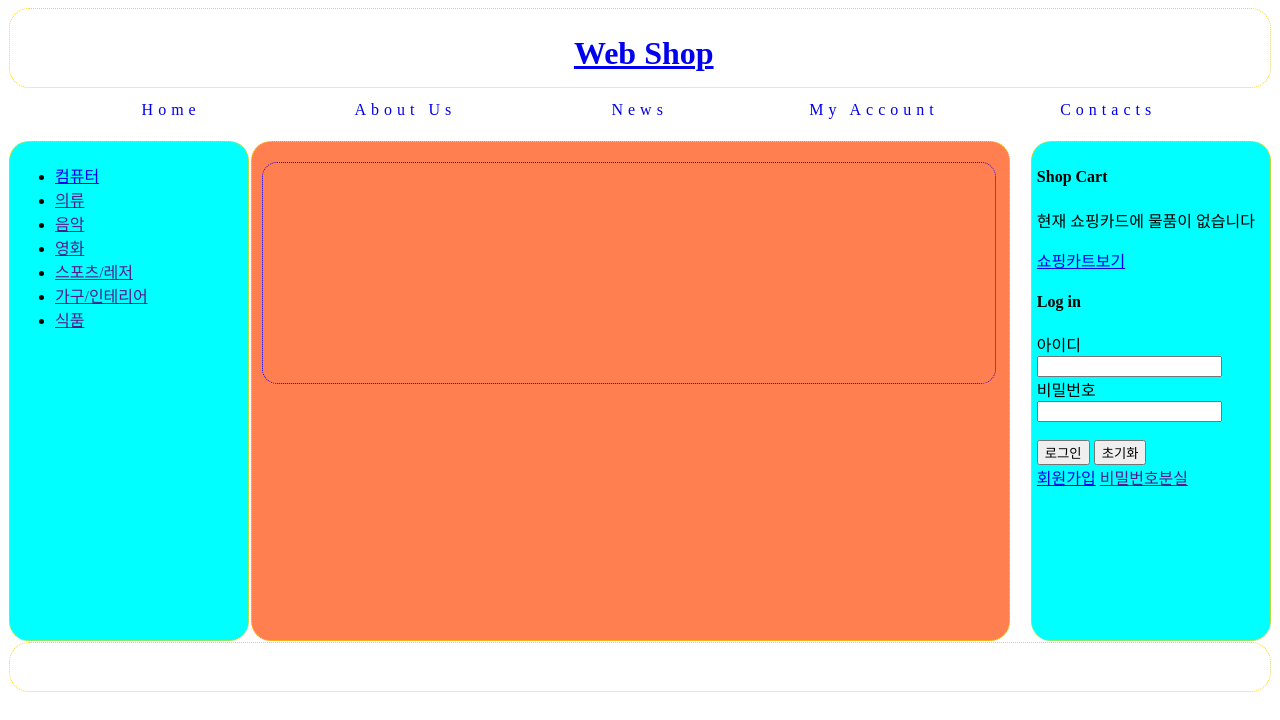
Repository: seonyeob94/BasicWeb
Page: webpro/src/main/webapp/숙제/main.html
These files come from the project's save history. The page is drawn as it stood at one moment and after the next save; the edit follows.
The browser window is 1280 px wide. The pictures show the whole page.

Above is the page before, as saved 2025-03-18 09:28:48.

After the next save:
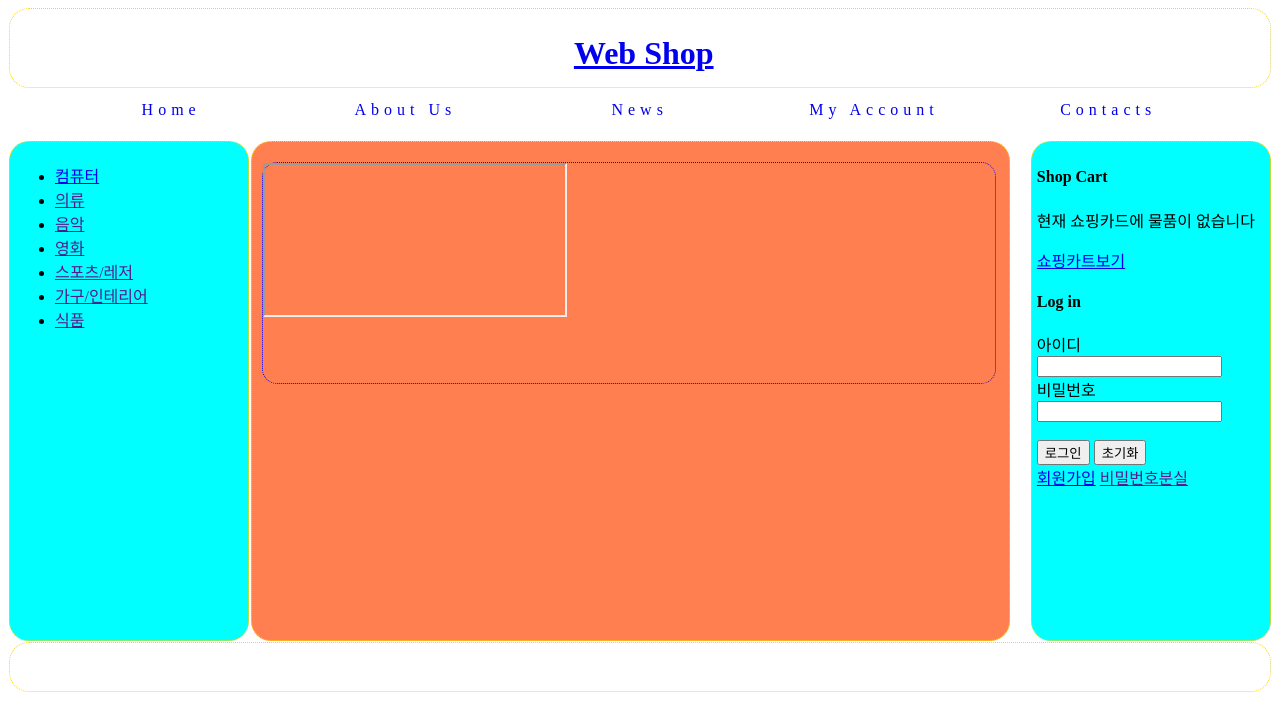
Saved 12 s later.
--- a/webpro/src/main/webapp/숙제/main.html
+++ b/webpro/src/main/webapp/숙제/main.html
@@ -126,8 +126,8 @@ nav ul a{
 
   <section id="main">
     <article id="article1">
-<!--       <iframe src="" name="ifr"> -->
-<!--       </iframe> -->
+       <iframe src="" name="ifr">
+       </iframe>
     </article>
   </section>
 
